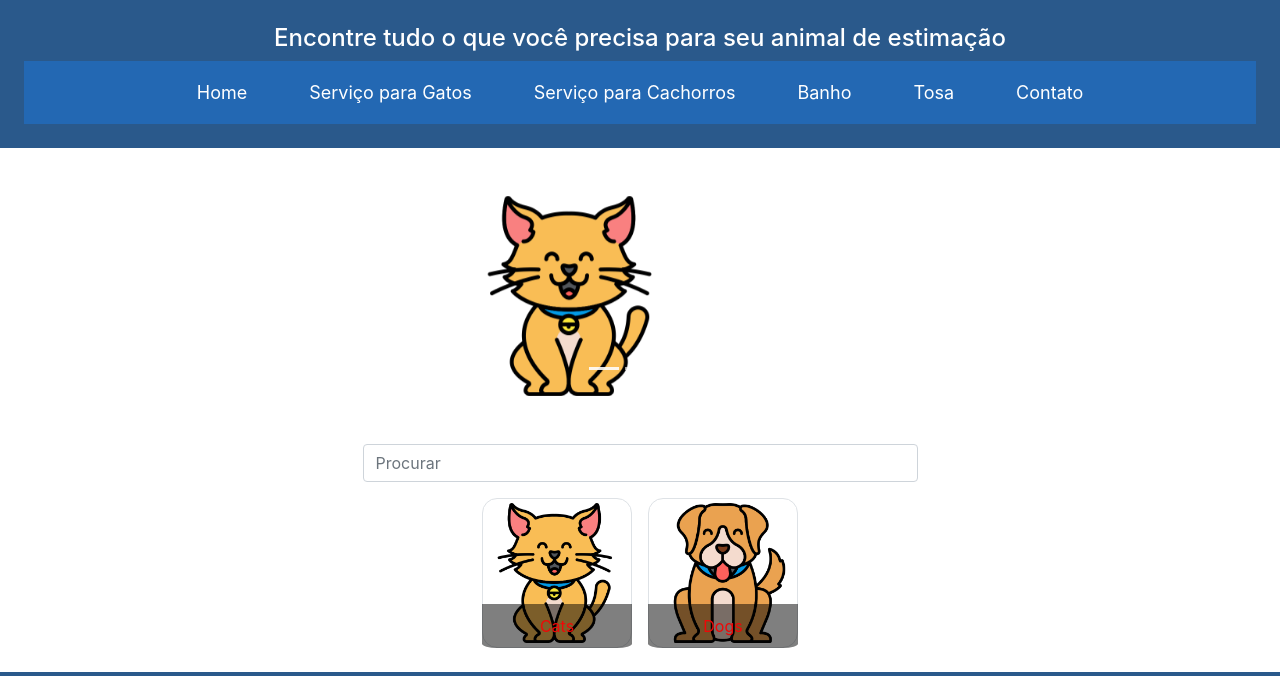
Repository: graeff01/petshop-project
Page: index.html
The author's editor kept a copy of each file at every save. The page is drawn from the files as they stood at one save, then again after the next save.
The browser window is 1280 px wide. The pictures show the part of the page from y = 0 to 676 px (the page is 1856 px tall before and 2252 px after).
A picture or video elsewhere on the page could not be fetched, so the positions and the page height are approximate.

Above is the page before, as saved 2024-09-18 11:10:53.

### index.html
<!DOCTYPE html>
<html lang="pt-br">
<head>
    <meta charset="UTF-8">
    <meta name="viewport" content="width=device-width, initial-scale=1.0">
    <title>PetShop - Home</title>
    <link rel="stylesheet" href="css/style.css">
    <link href="https://maxcdn.bootstrapcdn.com/bootstrap/4.5.2/css/bootstrap.min.css" rel="stylesheet">
</head>
<body>
    <!-- Cabeçalho com menu de navegação -->
    <header class="blue-background text-center p-4">
        <h1>Encontre tudo o que você precisa para seu animal de estimação</h1>
        <nav>
            <ul class="nav justify-content-center">
                <li class="nav-item">
                    <a class="nav-link active" href="index.html">Home</a>
                </li>
                <li class="nav-item">
                    <a class="nav-link" href="gato.html">Serviço para Gatos</a>
                </li>
                <li class="nav-item">
                    <a class="nav-link" href="dog.html">Serviço para Cachorros</a>
                </li>
                <li class="nav-item">
                    <a class="nav-link" href="banho.html">Banho</a>
                </li>
                <li class="nav-item">
                    <a class="nav-link" href="tosa.html">Tosa</a>
                </li>
                <li class="nav-item">
                    <a class="nav-link" href="contato.html">Contato</a>
                </li>
            </ul>
        </nav>
    </header>

    <!-- Carrossel de Imagens -->
    <section class="carousel-section container mt-5">
        <div id="carouselExampleIndicators" class="carousel slide" data-ride="carousel">
            <ol class="carousel-indicators">
                <li data-target="#carouselExampleIndicators" data-slide-to="0" class="active"></li>
                <li data-target="#carouselExampleIndicators" data-slide-to="1"></li>
                <li data-target="#carouselExampleIndicators" data-slide-to="2"></li>
            </ol>
            <div class="carousel-inner">
                <div class="carousel-item active">
                    <img class="d-block w-100" src="img/cat.png" alt="Primeira imagem">
                </div>
                <div class="carousel-item">
                    <img class="d-block w-100" src="img/dog.png" alt="Segunda imagem">
                </div>
                <div class="carousel-item">
                    <img class="d-block w-100" src="img/dog.png" alt="Terceira imagem">
                </div>
            </div>
            <a class="carousel-control-prev" href="#carouselExampleIndicators" role="button" data-slide="prev">
                <span class="carousel-control-prev-icon" aria-hidden="true"></span>
                <span class="sr-only">Previous</span>
            </a>
            <a class="carousel-control-next" href="#carouselExampleIndicators" role="button" data-slide="next">
                <span class="carousel-control-next-icon" aria-hidden="true"></span>
                <span class="sr-only">Next</span>
            </a>
        </div>
    </section>

    <!-- Seção principal -->
    <main class="container mt-5">
        <input type="text" placeholder="Procurar" class="form-control w-50 mx-auto my-3 search-bar">
        <div class="d-flex justify-content-center mb-4">
            <div class="animal-category mx-2">
                <a href="gato.html">
                    <div class="image-container">
                        <img src="img/cat.png" alt="Cats" class="img-thumbnail">
                        <div class="overlay">Cats</div>
                    </div>
                </a>
            </div>
            <div class="animal-category mx-2">
                <a href="dog.html">
                    <div class="image-container">
                        <img src="img/dog.png" alt="Dogs" class="img-thumbnail">
                        <div class="overlay">Dogs</div>
                    </div>
                </a>
            </div>
        </div>
    </main>

    <!-- Seção de Fidelidade -->
    <section class="membership text-center p-4">
        <div class="membership-content d-flex align-items-center justify-content-center">
            <div class="membership-text text-center">
                <h3>Torne-se um membro<br>E obtenha desconto</h3>
                <a href="cliente.html" class="btn btn-dark">Virar Membro</a>
            </div>
            <div class="membership-image">
                <img src="img/fidelidade.jpg" alt="Gift" class="img-fluid">
            </div>
        </div>
    </section>

    <!-- Conselhos -->
    <main class="container mt-5">
        <div class="advice-section d-flex justify-content-center align-items-center">
            <div class="advice-text text-center">
                <h2>Alguns bons conselhos para cuidar de seu animal de estimação</h2><br><br>
                <p><strong>Paciência e compreensão:</strong> entenda que os animais de estimação têm suas personalidades. Seja paciente, especialmente durante o treinamento.</p> <br>
                <p><strong>Eduque-se:</strong> Aprenda sobre a raça, os comportamentos e os requisitos de saúde específicos de seu animal de estimação.</p><br>
                <p><strong>Preparação para emergências:</strong> Familiarize-se com a localização da clínica veterinária de emergência mais próxima.</p><br>
                <p><strong>Reforço positivo:</strong> Aprenda técnicas de reforço positivo.</p>
            </div>
            <div class="advice-image text-center">
                <img src="img/dogg.png" alt="Dog Advice" class="img-fluid">
            </div>
        </div>
    </main>

    <!-- Rodapé com informações de contato -->
    <footer class="footer mt-5 p-4 bg-light text-center">
        <div class="footer-container">
            <div class="footer-left">
                <img src="img/logo.png" alt="PetShop Logo" class="footer-logo">
            </div>
            <div class="footer-center">
                <ul class="footer-links">
                    <li><a href="index.html">Home</a></li>
                    <li><a href="gato.html">Gato</a></li>
                    <li><a href="dog.html">Cachorro</a></li>
                    <li><a href="banho.html">Banho</a></li>
                    <li><a href="tosa.html">Tosa</a></li>
                    <li><a href="contato.html">Contato</a></li>
                </ul>
            </div>
            <div class="footer-right">
                <p>Contato: (11) 1234-5678 | contato@petshop.com</p>
                <p>Autor: Douglas - Projeto Web</p>
                <div class="social-icons">
                    <a href="#"><img src="img/face.png" alt="Facebook"></a>
                    <a href="#"><img src="img/insta.png" alt="Instagram"></a>
                    <a href="#"><img src="img/x.png" alt="Twitter"></a>
                </div>
            </div>
        </div>
    </footer>

    <script src="https://code.jquery.com/jquery-3.5.1.slim.min.js"></script>
    <script src="https://cdn.jsdelivr.net/npm/@popperjs/core@2.9.2/dist/umd/popper.min.js"></script>
    <script src="https://maxcdn.bootstrapcdn.com/bootstrap/4.5.2/js/bootstrap.min.js"></script>
</body>
</html>

### css/style.css
/* Estilos globais */
body {
    font-family: Arial, sans-serif;
    margin: 0;
    padding: 0;
}

/* Cabeçalho */
header.blue-background {
    background-color: #2a598b;
    color: white;
    padding: 20px 0;
    text-align: center;
    width: 100%;
    box-sizing: border-box;
}

header.blue-background h1 {
    font-size: 24px;
}

nav ul {
    padding: 0;
    margin: 0;
    list-style-type: none;
    display: flex;
    justify-content: center;
    background-color: #2368b3;
    padding: 10px 0;
}

nav ul li {
    margin: 0 15px;
}

nav ul li a {
    color: white;
    text-decoration: none;
    font-size: 18px;
    transition: color 0.3s ease;
}

nav ul li a:hover {
    color: #ffd700;
}

/* Barra de busca */
.search-bar {
    padding: 10px;
    font-size: 16px;
    width: 50%;
    margin: 20px auto;
    border-radius: 20px;
    border: 2px solid #fff;
    transition: all 0.3s ease;
}

.search-bar:focus {
    border-color: #000;
    outline: none;
}

/* Carrossel */
.carousel-item img {
    max-height: 300px;
    max-width: 200px;
    margin-left: 450px;
    object-fit: cover;
}

/* Categorias de animais */
.animal-category .image-container {
    position: relative;
    width: 150px;
    height: 150px;
}

.animal-category .image-container img {
    width: 100%;
    height: 100%;
    border-radius: 10%;
}

.animal-category .image-container .overlay {
    position: absolute;
    bottom: 0;
    background: rgba(0, 0, 0, 0.5);
    color: #f00707;
    width: 100%;
    text-align: center;
    padding: 10px 0;
    font-size: 16px;
    border-radius: 0 0 10% 10%;
}

/* Seção de Membros */
section.membership {
    background-color: #2a598b;
    padding: 60px 0;
    text-align: center;
    width: 100%;
    box-sizing: border-box;
}

.membership-content {
    background-color: #fff;
    border: 1px solid #000000ee;
    border-radius: 20px;
    padding: 20px;
    display: flex;
    align-items: center;
    text-align: left;
    max-width: 900px;
    margin: auto;
}

.membership-text {
    margin-right: 20px;
    text-align: center;
}

.membership-text h3 {
    font-size: 35px;
    margin-bottom: 10px;
}

.membership-image {
    flex: 1;
    text-align: center;
}

.membership-image img {
    max-width: 500px;
    height: auto;
    border-radius: 20px;
}

/* Seção de conselhos */
.advice-section {
    display: flex;
    justify-content: space-between;
    align-items: center;
    padding: 20px 0;
}

.advice-text {
    flex: 1;
    margin-left: 80px;
}

.advice-text h2 {
    color: #2a598b;
}

.advice-text p {
    font-size: 15px;
    margin-right: 10px;
    margin-bottom: 10px;
}

.advice-image {
    flex: 1;
    margin-left: 20px;
}

.advice-image img {
    max-width: 100%;
    height: 500px;
    border-radius: 20px;
}

/* Rodapé */
.footer {
    background-color: #d5d7d8;
    padding: 20px 0;
    color: white;
    text-align: center;
    width: 100%;
}

.footer-container {
    display: flex;
    justify-content: space-between;
    align-items: center;
    max-width: 1200px;
    margin: 0 auto;
    padding: 0 20px;
    box-sizing: border-box;
}

.footer-left img {
    width: 100px;
}

.footer-center {
    flex: 1;
}

.footer-links {
    list-style-type: none;
    padding: 0;
    margin: 0;
    display: flex;
    justify-content: center;
}

.footer-links li {
    margin: 0 10px;
}

.footer-links a {
    color: rgb(35, 111, 197);
    text-decoration: none;
    font-size: 16px;
}

.footer-links a:hover {
    text-decoration: underline;
}

.footer-right .social-icons {
    display: flex;
    justify-content: center;
}

.footer-right .social-icons a {
    margin: 0 10px;
}

.footer-right .social-icons img {
    width: 30px;
    height: 30px;
}

After the next save:
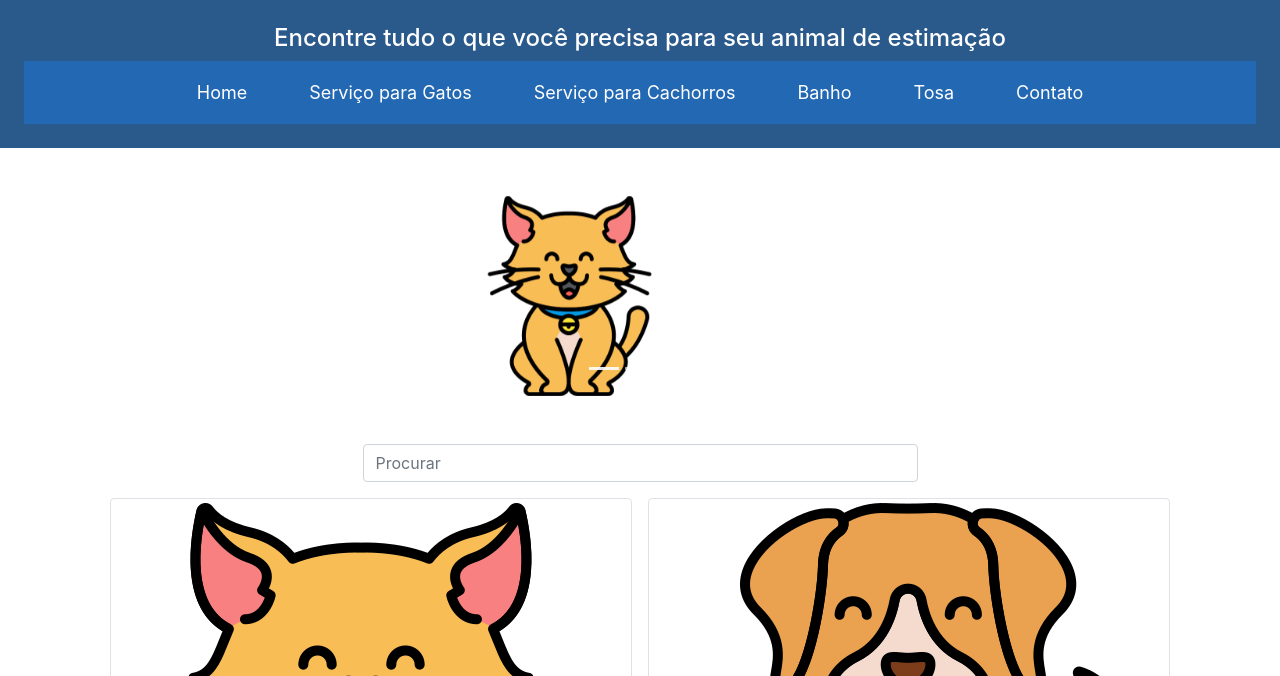
Saved 8 s later.
--- a/css/style.css
+++ b/css/style.css
@@ -68,30 +68,6 @@ nav ul li a:hover {
     object-fit: cover;
 }
 
-/* Categorias de animais */
-.animal-category .image-container {
-    position: relative;
-    width: 150px;
-    height: 150px;
-}
-
-.animal-category .image-container img {
-    width: 100%;
-    height: 100%;
-    border-radius: 10%;
-}
-
-.animal-category .image-container .overlay {
-    position: absolute;
-    bottom: 0;
-    background: rgba(0, 0, 0, 0.5);
-    color: #f00707;
-    width: 100%;
-    text-align: center;
-    padding: 10px 0;
-    font-size: 16px;
-    border-radius: 0 0 10% 10%;
-}
 
 /* Seção de Membros */
 section.membership {
